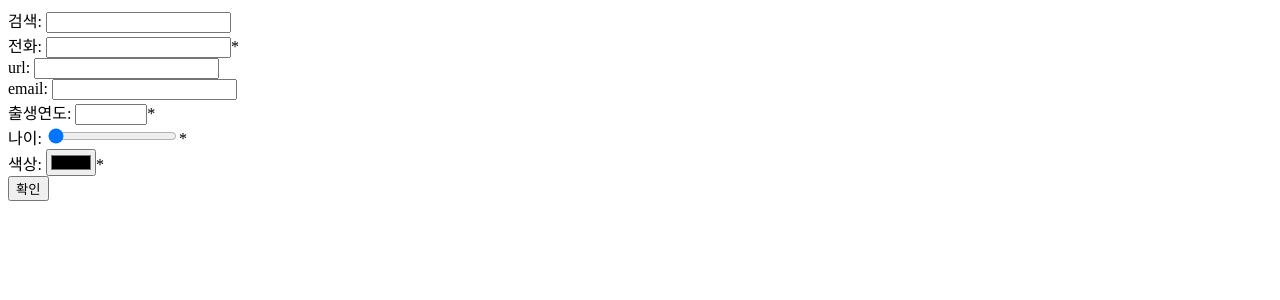
Repository: MegiLove/html_css
Page: day1130/src/main/webapp/enhancedTag.html
The author's editor kept a copy of each file at every save. The page is drawn from the files as they stood at one save, then again after the next save.
The browser window is 1280 px wide. The pictures show the whole page.

Above is the page before, as saved 2021-11-30 06:50:15.

### day1130/src/main/webapp/enhancedTag.html
<!DOCTYPE html>
<html>
<head>
<meta charset="EUC-KR">
<title>Insert title here</title>
</head>
<body>
	<form action="enhancedTag.jsp" method="post">
		검색: <input type="search" name="keyword"><br>
		전화: <input type="tel" pattern="[0-9]{3}-[0-9]{4}-[0-9]{4}" name="tel" required="required">*<br>
		url: <input type="url" name="url"><br>
		email: <input type="email" name="email"><br>
		출생연도: <input required="required" type="number" name="year" min="1900" max="2021">*<br>
		나이: <input required="required" type="range" name="age" min="20" max="100" value="20">*<br>
		색상: <input required="required" type="color" name="color">*<br>
		<input type="submit" value="확인"><br>
	</form>
</body>
</html>

After the next save:
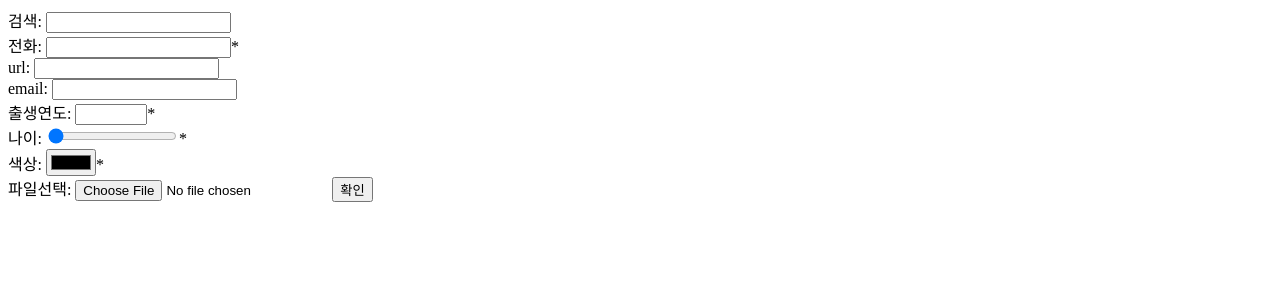
Saved 16 min 11 s later.
--- a/day1130/src/main/webapp/enhancedTag.html
+++ b/day1130/src/main/webapp/enhancedTag.html
@@ -13,6 +13,7 @@
 		출생연도: <input required="required" type="number" name="year" min="1900" max="2021">*<br>
 		나이: <input required="required" type="range" name="age" min="20" max="100" value="20">*<br>
 		색상: <input required="required" type="color" name="color">*<br>
+		파일선택: <input type="file">
 		<input type="submit" value="확인"><br>
 	</form>
 </body>
